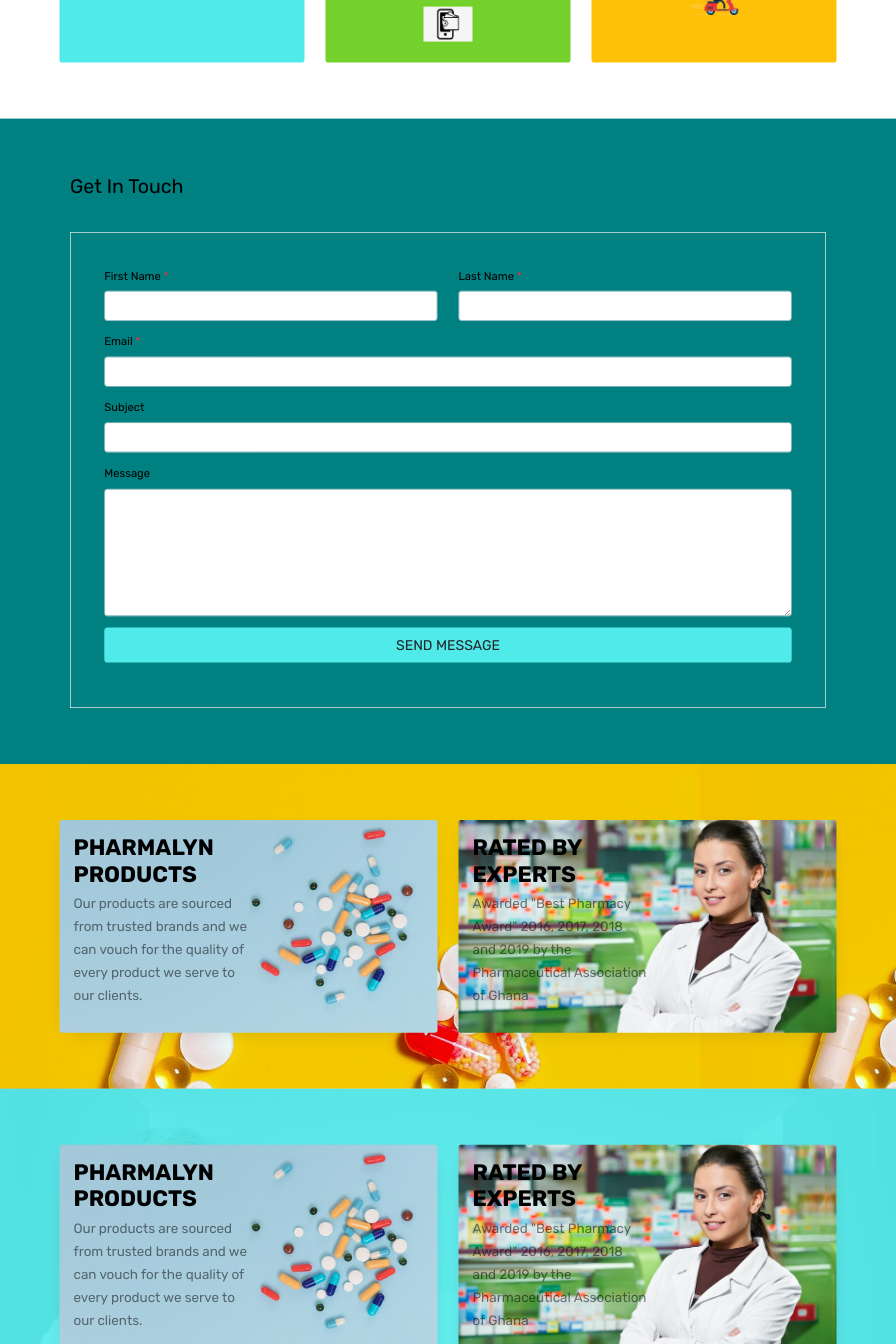
Repository: Nat-A/finalyearproject
Page: pharma/index - Copy.html
These files come from the project's save history. The page is drawn as it stood at one moment and after a run of saves; the edit follows.
The browser window is 1280 px wide. The pictures show the part of the page from y = 838 to 2758 px (the page is 3362 px tall before and 3280 px after), at 70% of full size.

Above is the page before, as saved 2020-06-03 13:36:42.

### pharma/index - Copy.html
<!DOCTYPE html>
<html lang="en">

<head>
    <title>PharmaLyn &mdash; HomePage</title>
    <meta charset="utf-8">
    <meta name="viewport" content="width=device-width, initial-scale=1, shrink-to-fit=no">

    <link href="https://fonts.googleapis.com/css?family=Rubik:400,700|Crimson+Text:400,400i" rel="stylesheet">
    <link rel="stylesheet" href="fonts/icomoon/style.css">

    <link rel="stylesheet" href="css/bootstrap.min.css">
    <link rel="stylesheet" href="css/magnific-popup.css">
    <link rel="stylesheet" href="css/jquery-ui.css">
    <link rel="stylesheet" href="css/owl.carousel.min.css">
    <link rel="stylesheet" href="css/owl.theme.default.min.css">


    <link rel="stylesheet" href="css/aos.css">

    <link rel="stylesheet" href="css/style.css">

</head>

<body>

    <div class="site-wrap">

        <!-- navbar  -->
        <div class="site-navbar py-2">

            <div class="search-wrap">
                <div class="container">
                    <a href="#" class="search-close js-search-close"><span class="icon-close2"></span></a>
                    <!-- search feature -->
                    <form action="#" method="post">
                        <input type="text" class="form-control" placeholder="Search drug...">
                    </form>
                </div>
            </div>

            <div class="container">
                <div class="d-flex align-items-center justify-content-between">
                    <div class="logo">
                        <div class="site-logo">
                            <a href="index.html" class="js-logo-clone">PharmaLyn</a>
                        </div>
                    </div>
                    <div class="main-nav d-none d-lg-block">
                        <nav class="site-navigation text-right text-md-center" role="navigation">
                            <ul class="site-menu js-clone-nav d-none d-lg-block">
                                <li class="active"><a href="index.html">Home</a></li>

                                <li class="has-children">
                                    <a href="#">Services</a>
                                    <ul class="dropdown">
                                        <li><a href="shop.html">Store</a></li>
                                        <li><a href="#">Scan Prescription</a></li>
                                        <li><a href="#">Request Video Chat</a></li>
                                    </ul>
                                </li>
                                <li><a href="contact.html">Contact</a></li>
                                <li><a href="about.html">About</a></li>
                                <li><a href="#">Log In / Sign Up  </a></li>
                                <!-- insert modal here -->
                            </ul>
                        </nav>
                    </div>
                    <div class="icons">
                        <a href="#" class="icons-btn d-inline-block js-search-open"><span class="icon-search"></span></a>
                        <a href="cart.html" class="icons-btn d-inline-block bag">
                            <span class="icon-shopping-bag"></span>
                            <!-- subject to the items in the cart -->
                            <span class="number">2</span>
                        </a>
                        <a href="#" class="site-menu-toggle js-menu-toggle ml-3 d-inline-block d-lg-none"><span
                class="icon-menu"></span></a>
                    </div>
                </div>
            </div>
        </div>
        <!-- end of navbar -->


        <!-- site banner -->
        <div class="site-blocks-cover" style="background-image: url('images/pills.jpg');">
            <div class="container">
                <div class="row">
                    <div class="col-lg-7 mx-auto order-lg-2 align-self-center">
                        <div class="site-block-cover-content text-center">
                            <h2 class="sub-title">PharmaLyn, We Care For You</h2>
                            <h1>Welcome To PharmaLyn</h1>
                            <p>
                                <a href="shop.html" class="btn btn-primary px-5 py-3">Shop Now</a>
                            </p>
                        </div>
                    </div>
                </div>
            </div>
        </div>
        <!-- end of banner -->

        <div class="site-section mb-0">
            <div class="container">
                <div class="row align-items-stretch section-overlap">
                    <div class="col-md-6 col-lg-4 mb-4 mb-lg-0">
                        <div class="banner-wrap bg-primary h-100">
                            <a class="h-100">
                                <h5 class="text-center">Place Order</h5>
                            </a>
                        </div>
                    </div>
                    <div class="col-md-6 col-lg-4 mb-4 mb-lg-0">
                        <div class="banner-wrap h-100">
                            <a class="h-100">
                                <h5 class="text-center">Select Payment Option</h5>
                                <img src="images/payment.png" alt="" width="70px" height="50px">
                            </a>
                        </div>
                    </div>
                    <div class="col-md-6 col-lg-4 mb-4 mb-lg-0">
                        <div class="banner-wrap bg-warning h-100">
                            <a class="h-100">
                                <h5 class="text-center">Free Delivery</h5>
                                <img src="images/delivery.gif" alt="" width="70px" height="50px">
                            </a>
                        </div>
                    </div>
                </div>
            </div>
        </div>
        <!-- creating another one -->



        <div class="site-section" style="background: teal;">
            <div class="container">

                <div class="col-md-12">

                    <h2 class="h3 mb-5 text-black">Get In Touch</h2>

                    <form action="#" method="post">

                        <div class="p-3 p-lg-5 border">
                            <div class="form-group row">
                                <div class="col-md-6">
                                    <label for="c_fname" class="text-black">First Name <span class="text-danger">*</span></label>
                                    <input type="text" class="form-control" id="c_fname" name="c_fname">
                                </div>
                                <div class="col-md-6">
                                    <label for="c_lname" class="text-black">Last Name <span class="text-danger">*</span></label>
                                    <input type="text" class="form-control" id="c_lname" name="c_lname">
                                </div>
                            </div>
                            <div class="form-group row">
                                <div class="col-md-12">
                                    <label for="c_email" class="text-black">Email <span class="text-danger">*</span></label>
                                    <input type="email" class="form-control" id="c_email" name="c_email" placeholder="">
                                </div>
                            </div>
                            <div class="form-group row">
                                <div class="col-md-12">
                                    <label for="c_subject" class="text-black">Subject </label>
                                    <input type="text" class="form-control" id="c_subject" name="c_subject">
                                </div>
                            </div>

                            <div class="form-group row">
                                <div class="col-md-12">
                                    <label for="c_message" class="text-black">Message </label>
                                    <textarea name="c_message" id="c_message" cols="30" rows="7" class="form-control"></textarea>
                                </div>
                            </div>
                            <div class="form-group row">
                                <div class="col-lg-12">
                                    <input type="submit" class="btn btn-primary btn-lg btn-block" value="Send Message">
                                </div>
                            </div>
                        </div>
                    </form>
                </div>







            </div>
        </div>


        <!-- site ad -->
        <div class="site-section" style="background-image: url( 'images/bg.jpeg'); ">
            <div class="container ">
                <div class="row align-items-stretch ">
                    <div class="col-lg-6 mb-5 mb-lg-0 ">
                        <a class="banner-1 h-100 d-flex " style="background-image: url( 'images/bg_1.jpg'); ">
                            <div class="banner-1-inner align-self-center ">
                                <h2>PharmaLyn Products</h2>
                                <p>Our products are sourced from trusted brands and we can vouch for the quality of every product we serve to our clients.
                                </p>
                            </div>
                        </a>
                    </div>
                    <div class="col-lg-6 mb-5 mb-lg-0 ">
                        <a class="banner-1 h-100 d-flex " style="background-image: url( 'images/avatars/doctor4.jpg'); ">
                            <div class="banner-1-inner align-self-center ">
                                <h2>Rated by Experts</h2>
                                <p>Awarded "Best Pharmacy Award" 2016, 2017, 2018 and 2019 by the Pharmaceutical Association of Ghana
                                </p>
                            </div>
                        </a>
                    </div>
                </div>
            </div>
        </div>
        <!-- end of ad -->




        <!-- original site ad -->
        <div class="site-section bg-secondary bg-image " style="background-image: url( 'images/bg_2.jpg'); ">
            <div class="container ">
                <div class="row align-items-stretch ">
                    <div class="col-lg-6 mb-5 mb-lg-0 ">
                        <a class="banner-1 h-100 d-flex " style="background-image: url( 'images/bg_1.jpg'); ">
                            <div class="banner-1-inner align-self-center ">
                                <h2>PharmaLyn Products</h2>
                                <p>Our products are sourced from trusted brands and we can vouch for the quality of every product we serve to our clients.
                                </p>
                            </div>
                        </a>
                    </div>
                    <div class="col-lg-6 mb-5 mb-lg-0 ">
                        <a class="banner-1 h-100 d-flex " style="background-image: url( 'images/avatars/doctor4.jpg'); ">
                            <div class="banner-1-inner align-self-center ">
                                <h2>Rated by Experts</h2>
                                <p>Awarded "Best Pharmacy Award" 2016, 2017, 2018 and 2019 by the Pharmaceutical Association of Ghana
                                </p>
                            </div>
                        </a>
                    </div>
                </div>
            </div>
        </div>
        <!-- end of ad -->

        <!-- footer -->
        <footer class="site-footer ">
            <div class="container ">
                <div class="row ">
                    <div class="col-md-6 col-lg-3 mb-4 mb-lg-0 ">

                        <div class="block-7 ">
                            <h3 class="footer-heading mb-4 ">About Us</h3>
                            <p>Best Pharmacy In Ghana</p>
                        </div>

                    </div>
                    <div class="col-lg-3 mx-auto mb-5 mb-lg-0 ">
                        <h3 class="footer-heading mb-4 ">Quick Links</h3>
                        <ul class="list-unstyled ">
                            <li><a href="shop.html ">Store</a></li>
                            <li><a href="# ">Scan Prescription</a></li>
                            <li><a href="# ">Request Video Chat</a></li>
                        </ul>
                    </div>

                    <div class="col-md-6 col-lg-3 ">
                        <div class="block-5 mb-5 ">
                            <h3 class="footer-heading mb-4 ">Contact Info</h3>
                            <ul class="list-unstyled ">
                                <li class="address ">233 Avenue, Oxford Street, Osu, Accra. </li>
                                <li class="phone "><a href="tel:// ">+233 24 444 444</a></li>
                                <li class="email ">info@pharmalyn.shop</li>
                            </ul>
                        </div>
                    </div>
                </div>
                <div class="row pt-5 text-center ">
                    <div class="col-md-12 ">
                        <p>
                            Copyright &copy;
                            <script>
                                document.write(new Date().getFullYear());
                            </script> All rights reserved | PharmaLyn
                        </p>
                    </div>
                </div>
            </div>
        </footer>
        <!-- end of footer -->
    </div>

    <script src="js/jquery-3.3.1.min.js "></script>
    <script src="js/jquery-ui.js "></script>
    <script src="js/popper.min.js "></script>
    <script src="js/bootstrap.min.js "></script>
    <script src="js/owl.carousel.min.js "></script>
    <script src="js/jquery.magnific-popup.min.js "></script>
    <script src="js/aos.js "></script>

    <script src="js/main.js "></script>

</body>

</html>

Loaded but not shown: pharma/fonts/icomoon/style.css (common file); pharma/css/bootstrap.min.css (library); pharma/css/magnific-popup.css (library); pharma/css/jquery-ui.css (library); pharma/css/owl.carousel.min.css (common file); pharma/css/owl.theme.default.min.css (common file); pharma/css/aos.css (library); pharma/js/jquery-3.3.1.min.js (library); pharma/js/jquery-ui.js (library); pharma/js/popper.min.js (library); pharma/js/bootstrap.min.js (library); pharma/js/owl.carousel.min.js (library); pharma/js/jquery.magnific-popup.min.js (library); pharma/js/aos.js (library); pharma/js/main.js (219 lines, source omitted); pharma/css/style.css (1125 lines, source omitted)

After the next 3 saves:
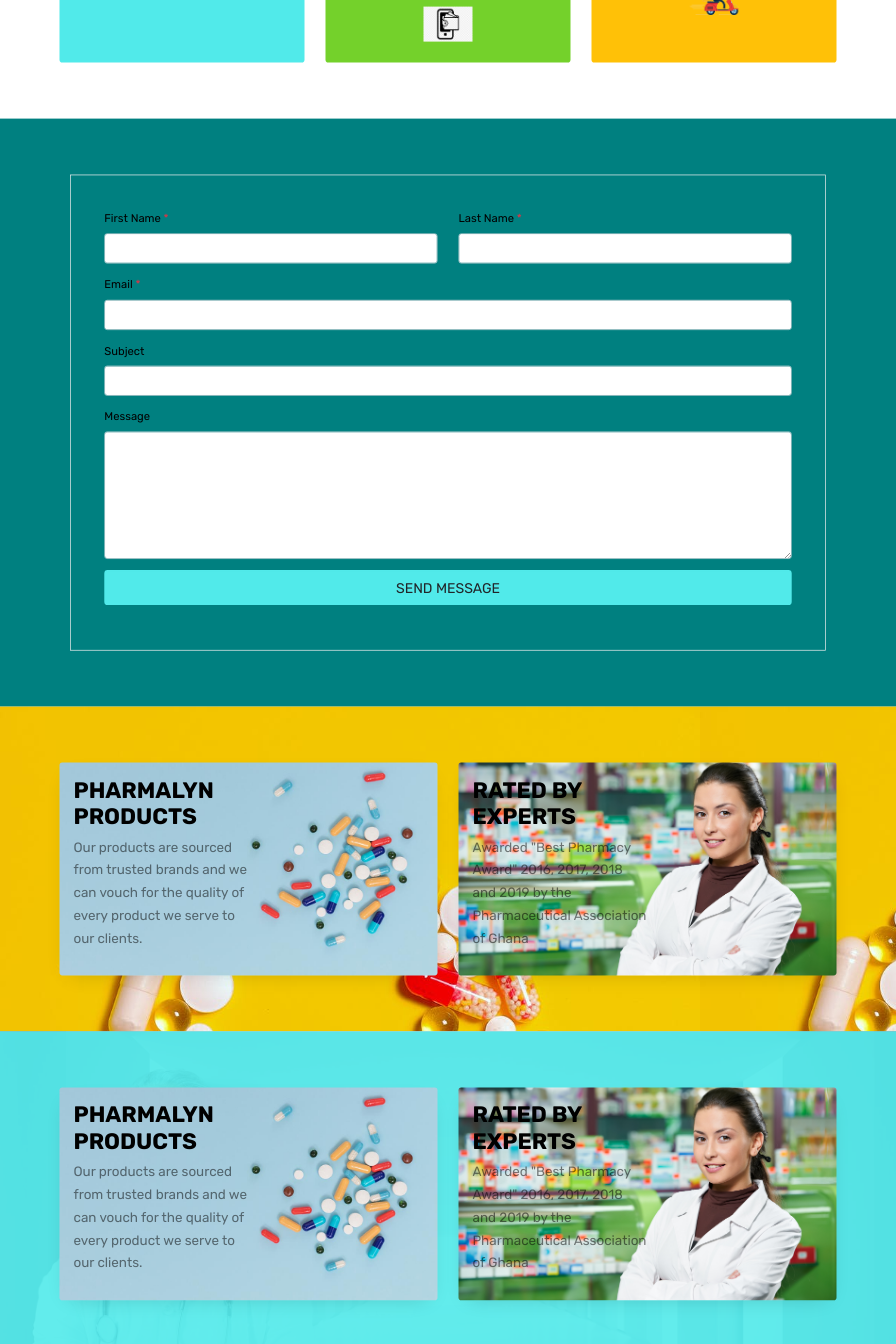
The 3 saves are shown as one change because they came seconds apart.
The last was saved 28 s later.
--- a/pharma/index - Copy.html
+++ b/pharma/index - Copy.html
@@ -135,10 +135,7 @@
 
         <div class="site-section" style="background: teal;">
             <div class="container">
-
                 <div class="col-md-12">
-
-                    <h2 class="h3 mb-5 text-black">Get In Touch</h2>
 
                     <form action="#" method="post">
 
